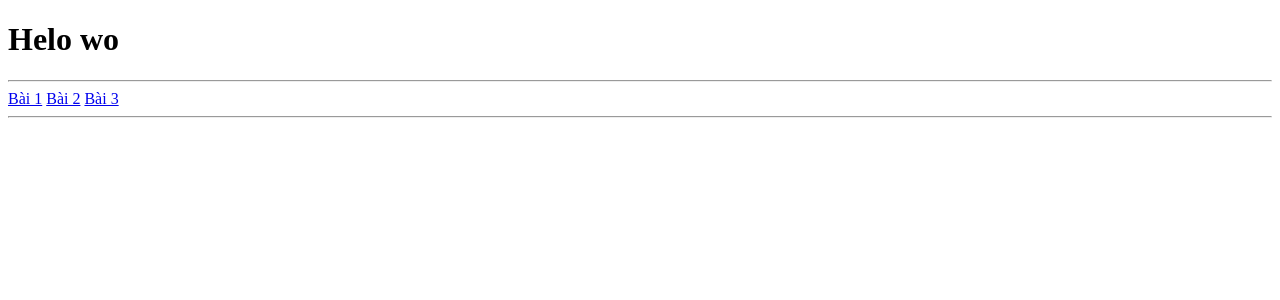
Repository: anhb287/Lab1_8_JAV101
Page: http://localhost/Lab1_TV00062/
An editor plug-in stored every save of this project. The page is shown before and after the next save, followed by the edit.
The browser window is 1280 px wide. The pictures show the whole page.
The page is served by Tomcat 10. Other server files are loaded and not shown.

Above is the page before, as saved 2025-11-05 08:43:10.

### Lab1_TV00062/src/main/webapp/index.jsp
<%@ page language="java" contentType="text/html; charset=UTF-8"
    pageEncoding="UTF-8"%>
<!DOCTYPE html>
<html>
<head>
<meta charset="UTF-8">
<title>Ins</title>
</head>
<body>

<h1>Helo wo</h1>
<jsp:include page="menu.jsp"></jsp:include>

</body>
</html>

### Lab1_TV00062/src/main/webapp/menu.jsp
<%@ page language="java" contentType="text/html; charset=UTF-8"
    pageEncoding="UTF-8"%>
<!DOCTYPE html>
<html>
<head>
<meta charset="UTF-8">
<title>Insert title here</title>
</head>
<body>

	<hr/>
	<a href="bai1">Bài 1</a>
	<a href="bai2">Bài 2</a>
	<a href="bai3">Bài 3</a>
	<hr/>
</body>
</html>

After the next save:
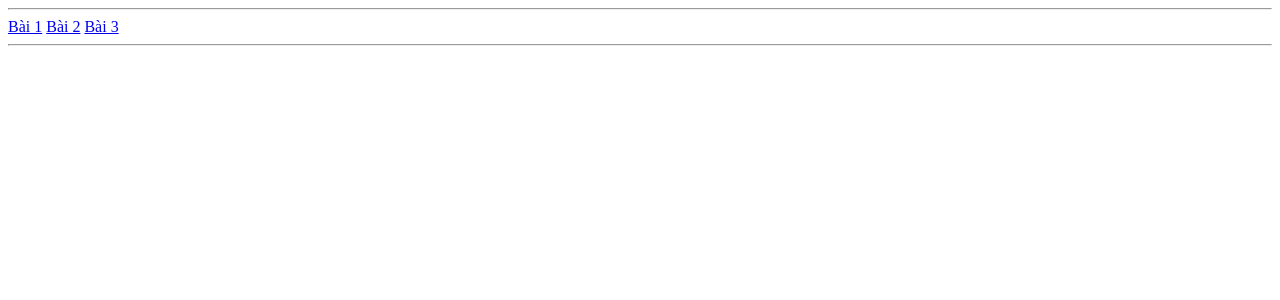
Saved 20 s later.
--- a/Lab1_TV00062/src/main/webapp/index.jsp
+++ b/Lab1_TV00062/src/main/webapp/index.jsp
@@ -8,7 +8,6 @@
 </head>
 <body>
 
-<h1>Helo wo</h1>
 <jsp:include page="menu.jsp"></jsp:include>
 
 </body>
